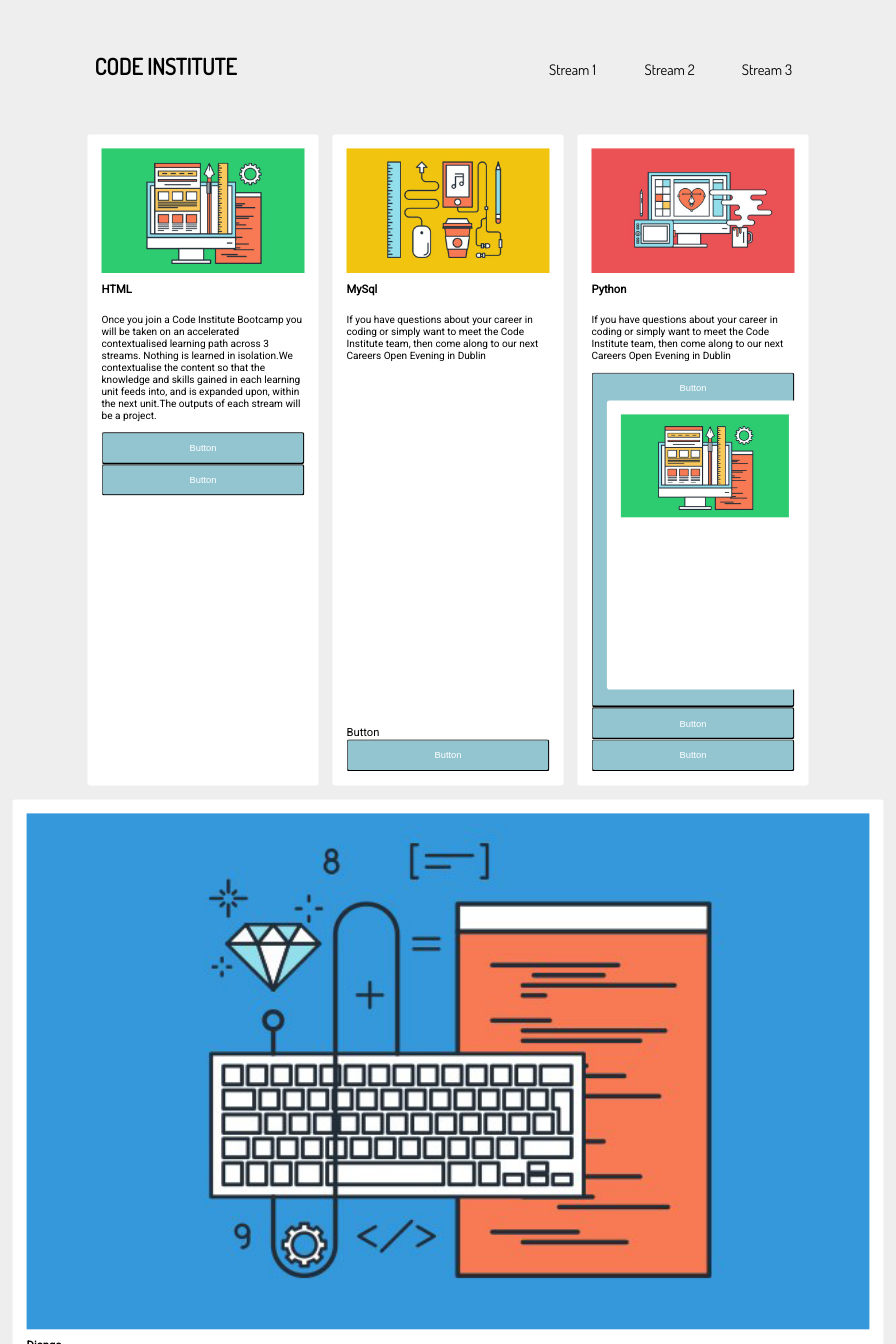
Repository: SOliv1/jquery-events
Page: index.html
The author's editor kept a record of every edit. The page is drawn from the files as they stood at one moment, then again after the next edit.
The browser window is 1280 px wide. The pictures show the part of the page from y = 0 to 1920 px (the page is 3142 px tall before and 1361 px after), at 70% of full size.
Some web libraries are served in a nearby version.

Above is the page before.

### index.html
<!DOCTYPE html>
<html lang="en">
<head>
    <meta charset="UTF-8">
    <meta name="viewport" content="width=device-width, initial-scale=1">
    <title>jQuery</title>
    <link href="style.css" rel="stylesheet">
    <link href='https://fonts.googleapis.com/css?family=Roboto' rel='stylesheet' type='text/css'>
    <link href='https://fonts.googleapis.com/css?family=Dosis' rel='stylesheet' type='text/css'>
    </head>
<body>
    <div id="container">
        <nav>
            <ul>
                <li id="logoNav">CODE INSTITUTE</li>
                <li id="stream1_btn">Stream 1</li>
                <li id="stream2_btn">Stream 2</li>
                <li id="stream3_btn">Stream 3</li>
            </ul>
        </nav>
        <div class="card stream1">
            <img class="card_image" src="img/3.png" alt="coding icon">
            <div class="card_bottom">
                <h2 class="card_head">HTML</h2>
                <p class="card_para">Once you join a Code Institute Bootcamp you will be taken on an accelerated contextualised learning path across 3 streams. Nothing is learned in isolation.We contextualise the content so that the knowledge and skills gained in each learning
                    unit feeds into, and is expanded upon, within the next unit.The outputs of each stream will be a project. </p>
                <button class="bottom_button">Button</>
                <button class="bottom_button" id="button_effects1">Button</button>
            </div>
        </div>
        <div class="card stream3">
            <img class="card_image" src="img/1.png" alt="coding icon">
            <h2 class="card_head">MySql</h2>
            <p class="card_para">If you have questions about your career in coding or simply want to meet the Code Institute team, then come along to our next Careers Open Evening in Dublin</p>
            <buttonclass="bottom_button">Button</>
            <button class="bottom_button" id="button_effects1">Button</button>
            </div>
        <div class="card stream2">
            <img class="card_image" src="img/2.png" alt="coding icon">
            <h2 class="card_head">Python</h2>
            <p class="card_para">If you have questions about your career in coding or simply want to meet the Code Institute team, then come along to our next Careers Open Evening in Dublin</p>
            <button class="bottom_button">Button</>
        <div class="card stream1">
            <img class="card_image" src="img/3.png" alt="coding icon">
            <div class="card_bottom">
                <h2 class="card_head">jQuery</h2>
                <p class="card_para">Once you join a Code Institute Bootcamp you will be taken on an accelerated contextualised learning path across 3 streams. Nothing is learned in isolation.We contextualise the content so that the knowledge and skills gained in each learning
                    unit feeds into, and is expanded upon, within the next unit.The outputs of each stream will be a project. </p>
                <button class="bottom_button">Button</>
                <button class="bottom_button" id="button_effects1">Button</button>
            </div>
        </div>
        <div class="card stream3">
            <img class="card_image" src="img/4.png" alt="coding icon">
            <h2 class="card_head">Django</h2>
            <p class="card_para">The syllabus has been developed to help you transform your career. The summarised syllabus, below, provides you with a snapshop of what skills you will come away with. Feel free to contact us for more detail on what you will learn.</p>
            <button class="bottom_button">Button</>
            <button class="bottom_button" id="button_effects1">Button</button>
        </div>
        <div class="card stream1">
            <img class="card_image" src="img/1.png" alt="coding icon">
            <h2 class="card_head">CSS</h2>
            <p class="card_para">The syllabus has been developed to help you transform your career. The summarised syllabus, below, provides you with a snapshop of what skills you will come away with. Feel free to contact us for more detail on what you will learn.</p>
            <button class="bottom_button">Button</>
             <button class="bottom_button" id="button_effects1">Button</button>
        </div>
        <div id="my_footer">
            <p id="copyright">Copyright Infomation</p>
        </div>
    </div>
    <script src="https://code.jquery.com/jquery-3.2.1.js" integrity="sha256-DZAnKJ/6XZ9si04Hgrsxu/8s717jcIzLy3oi35EouyE=" crossorigin="anonymous"></script>
    <script src="script.js"></script>
    <!-- Scripts located at the bottom of the body to insure page is fully loaded before execution -->
</body>
</html>

### style.css
body {
	font-family: 'Roboto', sans-serif;
	/*background-image: url(img/code-institute.jpg);
 	background-size: cover;
 	color: #ffffff;*/
 	background-color: #eee;

}

h1{
	font-size: 3em;
	text-align: center;
}

h2 {
	font-size: 1em;
	text-align: left;

}



p {
	font-size: .9rem;
}



div {
	border-radius: 4px;
}

.card_image {
	width: 100%;

}

.bottom_button {
	display: flex;
	box-sizing:border-box;
	border-radius: 4px;
	display: block;
	width: 100%;
	background-color:rgba(129, 187, 201,.85);
	text-align: center;
	padding: 1em .75em;
	text-decoration: none;
	color: #fff;

}

.card_bottom {
	display: flex;
	flex-flow:column;
}

.card_head {
	flex:0;
}



.card_para {

	flex:1 0 auto;

}

#container {
	display: flex;		/* makes container a flexbox*/
	flex-flow: row wrap; 	/* layout the boxes in rows and wrap them*/
	box-sizing:border-box;
	margin-right:auto;
	margin-left:auto;
	max-width:1050px;
}

#logo {
	width: 800px;
	margin: auto;
}



.card {

	flex:1; /* */

	display: flex;	/* make the contents controllable by flexbox*/
	flex-flow:column;	/* */
	min-width: 240px; /**/
	margin: 10px;
	padding: 20px;
	background-color: #fff;
}

.highlight_stream {
	background-color: #EB5255;
}

#my_footer {
	width:100%;
	text-align: center;
}



#copyright {
	margin-top:10px;
	margin-bottom:10px;

}

/*************************

Navigation

**************************/

nav {

	font-family: roboto;
	background-color: #eee;
	margin: 30px auto;
	width: 100%;
}

ul {

	display: flex;

	justify-content:space-between;

	flex-flow: row;

	/*flex-flow: row-reverse;*/
	/*justify-content:flex-end;*/
	/*justify-content:space-around;*/
	/*align-items:flex-start;*/
	align-items:baseline;
	border-radius: 10px;
	list-style-type: none; /*Remove Bullets*/
	padding: 0;

}

li {
	flex:1;
	height: 30px;
	/*width:10%;*/
	/*border:2px solid #000;*/
	/*background-color: #81BBC9;*/
	/*border-radius: 10px;*/
	font-family: Dosis;
	padding:20px 20px 20px 20px;
	text-align: center;
	font-size: 1.3em;
}

#logoNav {
	flex:6;
	text-align: left;
	font-size: 2em;
	font-weight: bold;
}

.underline {
    text-decoration:underline;

}



.border {

    border: solid 5px #ccc;

}

@media screen and (max-width: 700px) {
	ul {
		flex-flow: column;
		align-items:center;
    }
	li {
		font-size: 2em;
	}

}

### script.js
$(document).ready(function() {
    -$("#stream1_btn").on("click", function() {
        $(".stream1").show();
        $(".stream1").show(1000);
        $("#button_effects1").click(function(){
        $('#button_effects1').hide('slow');
    });
 });

   $("#stream2_btn").on("click", function() {
        $(".stream1").removeClass('highlight_stream');
        $(".stream2").removeClass('highlight_stream');
        $(".stream3").removeClass('highlight_stream');
        $(".stream2").addClass('highlight_stream');
   });

    $("#stream3_btn").on("click", function() {
        $(".stream1").removeClass('highlight_stream');
        $(".stream2").removeClass('highlight_stream');
        $(".stream3").removeClass('highlight_stream');
        $(".stream3").addClass('highlight_stream');
    });
});

    $(document).ready(function() {
    $("#button_effects1").click(function(){
        $('#par1').toggle('1000');
    });
    $("#button_effects2").click(function(){
        $('#par2').toggle('1000');
    });
    $("#button_effects3").click(function(){
        $('#par3').toggle('1000');
    });
    $("#button_effects4").click(function(){
        $('#par4').toggle('1000');
    });
    $("#button_effects5").click(function(){
        $('#par5').toggle('1000');
    });
    $("#button_effects6").click(function(){
        $('#par6').toggle('1000');
    });
});

    $(document).ready(function() {
    // Create the slideToggle effects each of the paragraphs and
    // buttons
    $("#button_effects1").click(function(){
        $('#par1').slideToggle('1000');
    });
    $("#button_effects2").click(function(){
        $('#par2').slideToggle('1000');
    });
    $("#button_effects3").click(function(){
        $('#par3').slideToggle('1000');
    });
    $("#button_effects4").click(function(){
        $('#par4').slideToggle('1000');
    });
    $("#button_effects5").click(function(){
        $('#par5').slideToggle('1000');
    });
    $("#button_effects6").click(function(){
        $('#par6').slideToggle('1000');
    });
});

// Use the fadeTo effect when the mouse hovers over a specific button
    // and fadeTo again when the mouse is no longer hovering over the button

    $("#button_effects1").mouseenter(function(){
        $('#button_effects1').fadeTo(1000, 0.5);
    });
    $("#button_effects1").mouseleave(function(){
        $('#button_effects1').fadeTo(1000, 1);
    });
    $("#button_effects2").mouseenter(function(){
        $('#button_effects2').fadeTo(1000, 0.5);
    });
    $("#button_effects2").mouseleave(function(){
        $('#button_effects2').fadeTo(1000, 1);
    });
    $("#button_effects3").mouseenter(function(){
        $('#button_effects3').fadeTo(1000, 0.5);
    });
    $("#button_effects3").mouseleave(function(){
        $('#button_effects3').fadeTo(1000, 1);
    });
    $("#button_effects4").mouseenter(function(){
        $('#button_effects4').fadeTo(1000, 0.5);
    });
    $("#button_effects4").mouseleave(function(){
        $('#button_effects4').fadeTo(1000, 1);
    });
    $("#button_effects5").mouseenter(function(){
        $('#button_effects5').fadeTo(1000, 0.5);
    });
    $("#button_effects5").mouseleave(function(){
        $('#button_effects5').fadeTo(1000, 1);
    });
    $("#button_effects6").mouseenter(function(){
        $('#button_effects6').fadeTo(1000, 0.5);
    });
    $("#button_effects6").mouseleave(function(){
        $('#button_effects6').fadeTo(1000, 1);
    });
//waits until page is loaded first

    $(document).ready(function(){
    //applies colour red to paragraphs when clicked on
    $("p").click(function(){
        $("p").addClass("highlight_text");
    });
});

//will add lightblue to h2 elements

    $("h2").hover(function(){
        $("h2").addClass( "h2_color");
    });

    /*
    this will apply larger font size to the active h2 element
    by adding the h2_font_size class but
    not the other h2 elements by removing class h2_font_size from them
    */

    $("#hr_html").hover(function(){
        $("#hr_mysql").removeClass("h2_font_size");
        $("#hr_python").removeClass("h2_font_size");
        $("#hr_jquery").removeClass("h2_font_size");
        $("#hr_django").removeClass("h2_font_size");
        $("#hr_css").removeClass("h2_font_size");
        $("#hr_mysql").removeClass("h2_font_size");
        $("#hr_html").addClass("h2_font_size");
    });

    $("#hr_css").hover(function(){
        $("#hr_mysql").removeClass("h2_font_size");
        $("#hr_python").removeClass("h2_font_size");
        $("#hr_jquery").removeClass("h2_font_size");
        $("#hr_django").removeClass("h2_font_size");
        $("#hr_html").removeClass("h2_font_size");
        $("#hr_css").addClass("h2_font_size");
    });


    //applies colour black to body background when mouse enters over buttons


    $(".bottom_button").mouseenter(function(){
        $("body").css( "background-color", "black");
    });

    //applies colour grey to body background when mouse leaves buttons

    $(".bottom_button").mouseleave(function(){
        $("body").css( "background-color", "#eee");
    });

After the next edit:
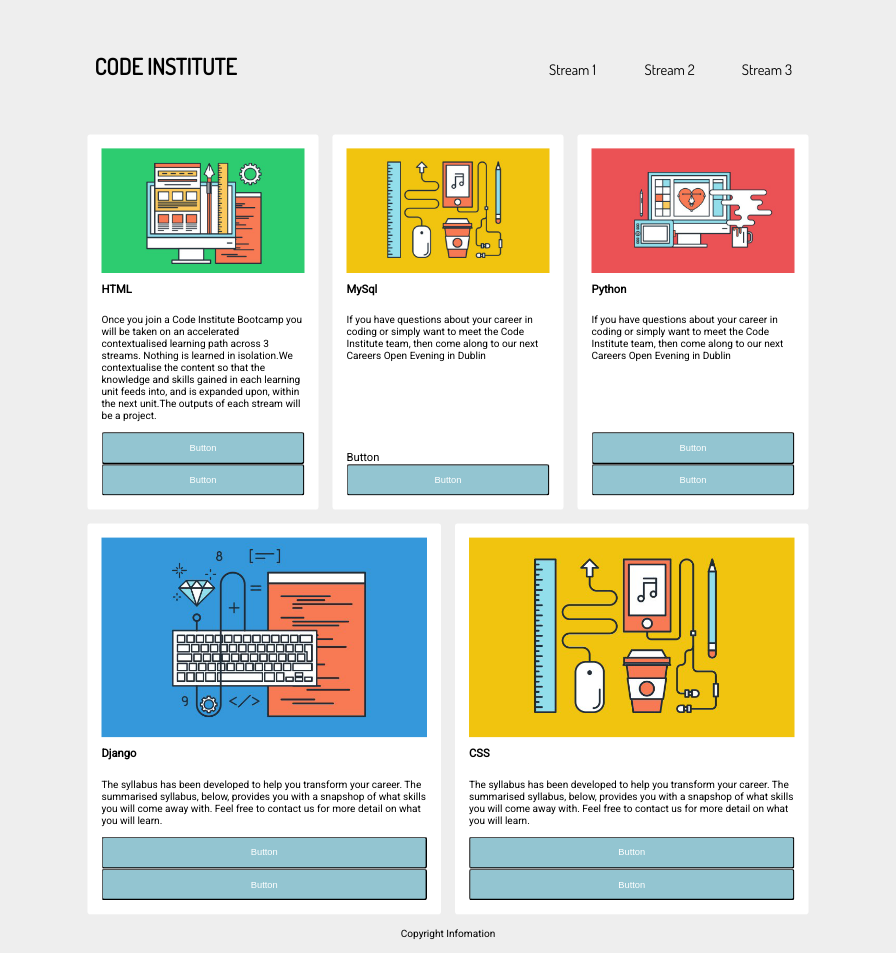
The edit:
--- a/index.html
+++ b/index.html
@@ -40,15 +40,7 @@
             <h2 class="card_head">Python</h2>
             <p class="card_para">If you have questions about your career in coding or simply want to meet the Code Institute team, then come along to our next Careers Open Evening in Dublin</p>
             <button class="bottom_button">Button</>
-        <div class="card stream1">
-            <img class="card_image" src="img/3.png" alt="coding icon">
-            <div class="card_bottom">
-                <h2 class="card_head">jQuery</h2>
-                <p class="card_para">Once you join a Code Institute Bootcamp you will be taken on an accelerated contextualised learning path across 3 streams. Nothing is learned in isolation.We contextualise the content so that the knowledge and skills gained in each learning
-                    unit feeds into, and is expanded upon, within the next unit.The outputs of each stream will be a project. </p>
-                <button class="bottom_button">Button</>
-                <button class="bottom_button" id="button_effects1">Button</button>
-            </div>
+            <button class="bottom_button" id="button_effects1">Button</button>
         </div>
         <div class="card stream3">
             <img class="card_image" src="img/4.png" alt="coding icon">
